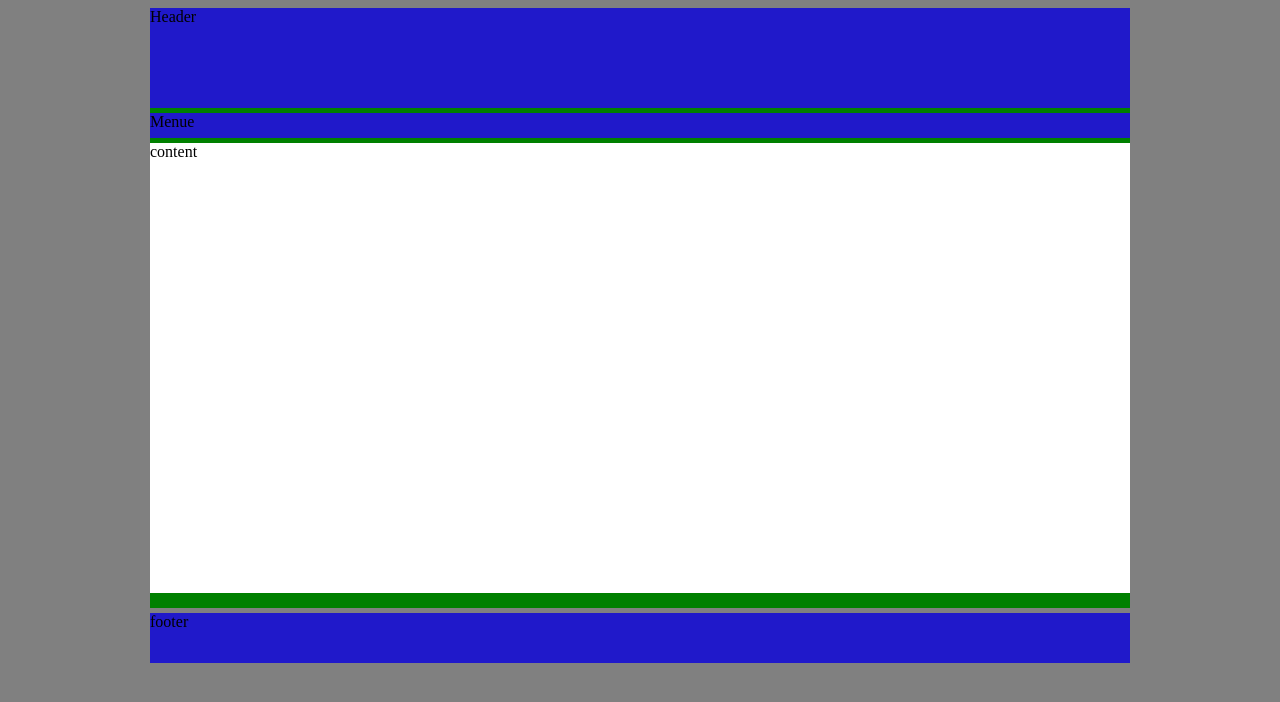
Repository: WebtechTeam7/RentMyStuff
Page: Code/Homepage_Test1/WebContent/META-INF/Index.html
These files come from the project's save history. The page is drawn as it stood at one moment and after the next save; the edit follows.
The browser window is 1280 px wide. The pictures show the whole page.

Above is the page before, as saved 2014-10-16 14:25:09.

### Code/Homepage_Test1/WebContent/META-INF/Index.html
<!DOCTYPE HTML PUBLIC "-//W3C//DTD HTML 4.01 Transitional//EN" "http://www.w3.org/TR/html4/loose.dtd">
<html>
<head>
<title>Verschenk's Konstanz</title>
<meta name="description"
	content="Die Homepage dient dazu Dinge in Konstanz zu verschenken">
<meta name="keywords" content="Konstanz Verschenken ">
<meta name="author" content="Dennis">
<meta charset="UTF-8">
<link rel="stylesheet" type="text/css" href="Mystyle.css">
</head>
<body>


	<div id="wrapper">
		<div id="header">Header</div>

		<div id="menue">Menue</div>

		<div id="content">content</div>
	</div>

	<div id="footer">footer</div>



</body>
</noframes>
</frameset>
</html>

### Code/Homepage_Test1/WebContent/META-INF/Mystyle.css
body{
	background-color: grey;
}
#wrapper{
 margin-left:auto;
 margin-right:auto;
 background-color:green;
 width:980px;
 height:600px;
}

#header{
 width:100%;
 height:100px;
 background-color:#2019CA;
 margin-bottom: 5px;
 }

#menue{
 width:100%;;
 height:25px;
 background-color:#2019CA;
 margin-bottom: 5px;
 }

#content{
 width:100%;
 height:450px;
 background-color: white;
 }

 #footer{
 width:980px;
 height:50px;
 background-color:#2019CA;
 margin-left:auto;
 margin-right:auto;
 margin-top: 5px;

 }

After the next save:
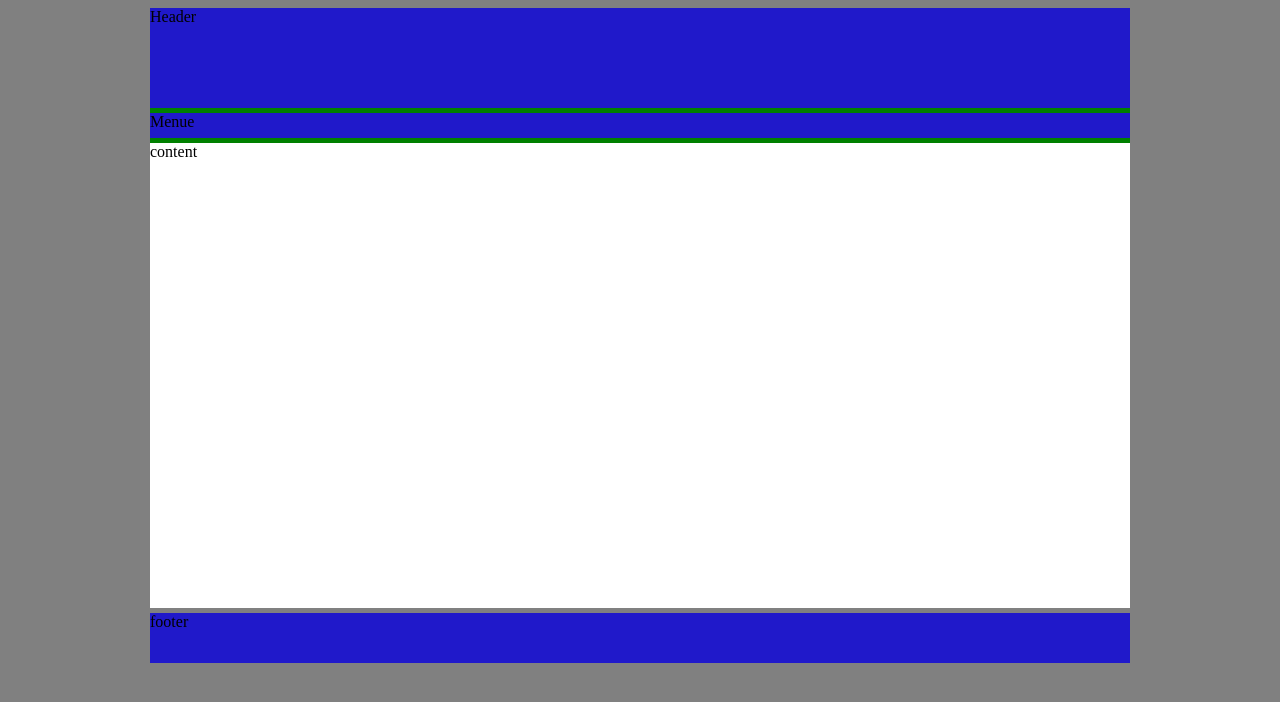
Saved 14 s later.
--- a/Code/Homepage_Test1/WebContent/META-INF/Mystyle.css
+++ b/Code/Homepage_Test1/WebContent/META-INF/Mystyle.css
@@ -25,7 +25,7 @@ body{
 
 #content{
  width:100%;
- height:450px;
+ height:465px;
  background-color: white;
  }
 
